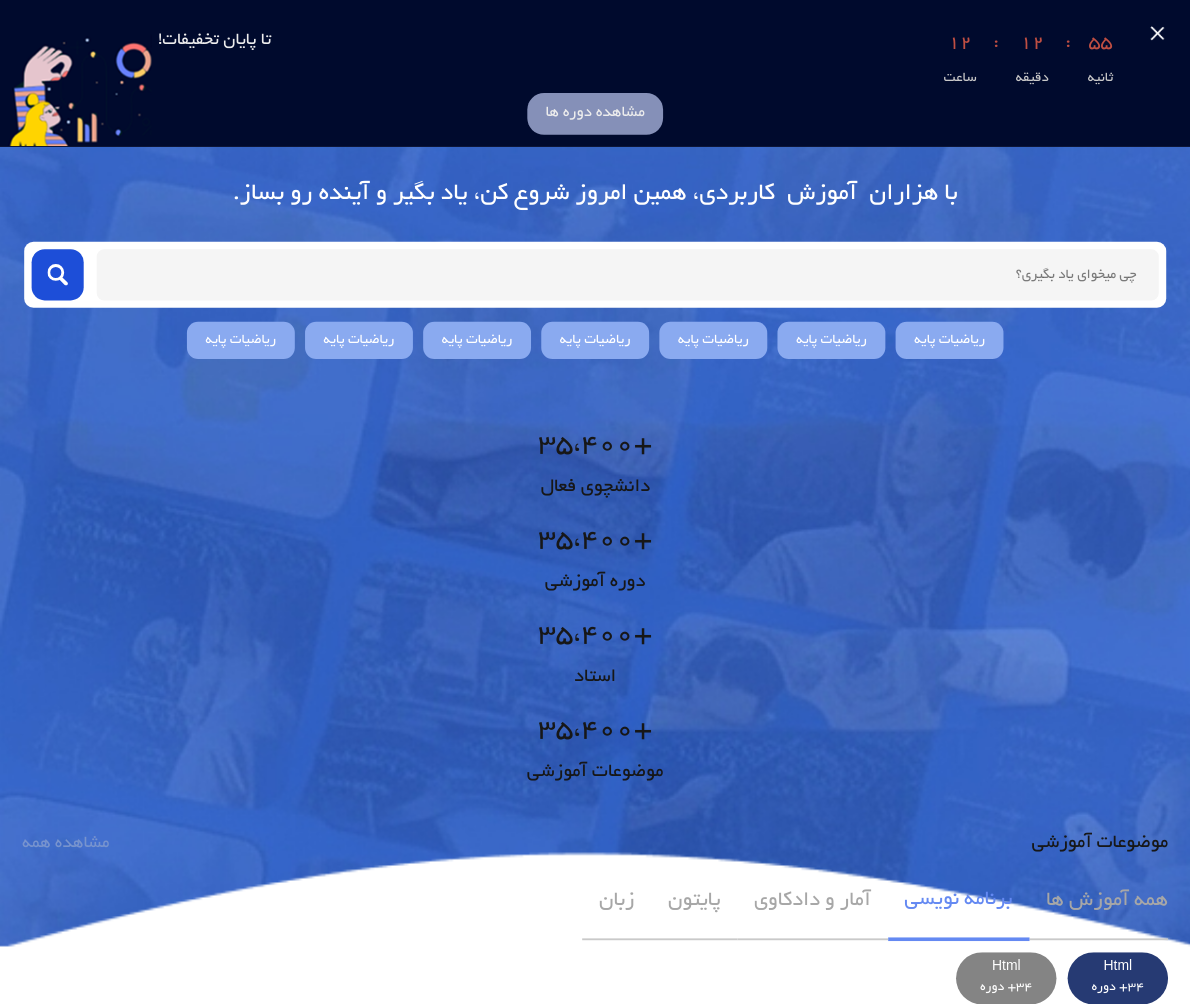
Repository: sinafath/fradars
Page: /
These files come from the project's save history. The page is drawn as it stood at one moment and after the next save; the edit follows.
The browser window is 1280 px wide. The pictures show the whole page, at 93% of full size.
The project was rebuilt for these pictures with package versions that can differ from the ones it lists, and the page was loaded fresh each time. The framework's server and built-in components were replaced by stand-ins that run in the browser. Also part of the build but not shown: next.config.ts.

Above is the page before, as saved 2025-09-22 18:01:12.

### src/app/layout.tsx
import type { Metadata } from "next";
import localFont from 'next/font/local'

const myFont = localFont({
  src: '../../public/BYEKAN.ttf',
})
import "./globals.css";

console.log(myFont)

export const metadata: Metadata = {
  title: "Fradars",
  description: "tutoring website",
};

export default function RootLayout({
  children,
}: Readonly<{
  children: React.ReactNode;
}>) {
  return (
    <html lang="fa" dir="rtl" className={myFont.className}>
      <body
      >
        {children}
      </body>
    </html>
  );
}

### src/app/page.tsx
import { Center, Column, Row } from "@/components/core";
import { Header } from "@/components/HomePage";
import Image from "next/image";

export default function Home() {
  return (
    <div>
      <div className="w-full relative flex justify-center bg-[#000A2D] h-[158px] ">
        <Image
          aria-hidden
          className="absolute left-0"
          src="/1.png"
          alt="File icon"
          width={163}
          height={157}
        />
        <Image
          aria-hidden
          className="absolute top-[28px] start-[28px]"
          src="/2.png"
          alt="File icon"
          width={15}
          height={15}
        />
        <Row className="top-[30px] absolute start-[83px] gap-[18px] h-[58px]" align="start" >
          <Column className="gap-[20px] text-center">
            <span className="text-[22px]  h-[22px]  text-[#BF4F43]">۵۵</span>
            <span className="text-[#C9C9C9] text-[16px]">ثانیه</span>
          </Column >
          <span className="text-[22px] text-[#BF4F43]">:</span>
          <Column className="gap-[20px] text-center">
            <span className="text-[22px] h-[22px]  text-[#BF4F43]">۱۲</span>
            <span className="text-[#C9C9C9] text-[16px]">دقیقه</span>
          </Column >
          <span className="text-[22px] text-[#BF4F43]">:</span>
          <Column className="gap-[20px] text-center">
            <span className="text-[22px] h-[22px]  text-[#BF4F43]">۱۲</span>
            <span className="text-[#C9C9C9] text-[16px]">ساعت</span>
          </Column >
        </Row>
        <p className=" absolute top-[29px] end-[170px] text-[#EDEDED] text-[20px]">تا پایان تخفیفات!</p>
        <button className=" w-[146px] h-[45px] bg-[#8590B8] rounded-[18px] absolute bottom-[13px] text-[18px] text-[#EDEDED]">مشاهده دوره ها</button>
      </div>
      <Column className="relative text-center">
        <h1 className="text-[28px] text-white pt-[30px] px-[62px]"> با هزاران  آموزش‌  کاربردی، همین امروز شروع کن،
          یاد بگیر و آینده رو بساز.</h1>
        <Row className="mt-[30px] w-[calc(100%-52px)] bg-white p-[8px] gap-[14px] h-[71px] mx-[26px] rounded-[10px]" >
          <input type="text" className="bg-[#F5F5F5] flex-1 h-full text-black rounded-[8px] px-[24px] " placeholder="چی میخوای یاد بگیری؟" />
          <Center className="bg-[#1D4ED8] w-[56px] h-full rounded-[14px]">
            <img src="/4.svg" />
          </Center>
        </Row>
        <Row className="flex-wrap gap-x-[11px] gap-y-[15px] mt-[15px] justify-center ">
          <div className="rounded-[12px] text-[16px] px-[20px] py-[8px] bg-[#8AAAF0] text-white"> ریاضیات پایه </div>
          <div className="rounded-[12px] text-[16px] px-[20px] py-[8px] bg-[#8AAAF0] text-white"> ریاضیات پایه </div>
          <div className="rounded-[12px] text-[16px] px-[20px] py-[8px] bg-[#8AAAF0] text-white"> ریاضیات پایه </div>
          <div className="rounded-[12px] text-[16px] px-[20px] py-[8px] bg-[#8AAAF0] text-white"> ریاضیات پایه </div>
          <div className="rounded-[12px] text-[16px] px-[20px] py-[8px] bg-[#8AAAF0] text-white"> ریاضیات پایه </div>
          <div className="rounded-[12px] text-[16px] px-[20px] py-[8px] bg-[#8AAAF0] text-white"> ریاضیات پایه </div>
          <div className="rounded-[12px] text-[16px] px-[20px] py-[8px] bg-[#8AAAF0] text-white"> ریاضیات پایه </div>
        </Row>
        <Image
          aria-hidden
          className="absolute top-0 start-0 w-full z-[-1]"
          src="/3.png"
          alt="File icon"
          width={560}
          height={377}
        />
      </Column>
      <Column className="gap-[17px] text-center pt-[70px] ">
        <Column className="gap-[4px]">
          <div className="text-[32px]"> +۳۵،۴۰۰</div>
          <div className="text-[22px]">دانشچوی فعال</div>
        </Column>
        <Column className="gap-[4px]">
          <div className="text-[32px]">  +۳۵،۴۰۰ </div>
          <div className="text-[22px]"> دوره آموزشی</div>
        </Column>
        <Column className="gap-[4px]">
          <div className="text-[32px]"> +۳۵،۴۰۰</div>
          <div className="text-[22px]"> استاد</div>
        </Column>
        <Column className="gap-[4px]">
          <div className="text-[32px]"> +۳۵،۴۰۰</div>
          <div className="text-[22px]"> موضوعات آموزشی</div>
        </Column>
      </Column>
      <Header title="موضوعات آموزشی " />
      <Row className=" overflow-y-auto ms-[24px]">
        <div className="pe-[18px] flex-shrink-0   text-[#A7A7A7] text-[24px] pb-[22px] border-b-[2px]  border-solid border-b-[#C9C9C9]">همه آموزش ها</div>
        <div className="pe-[18px] flex-shrink-0 ps-[18px] text-[#6489F2]  text-[24px] pb-[22px] border-b-[4px] border-solid border-b-[#6489F2]"  > برنامه نویسی</div>
        <div className="pe-[18px] flex-shrink-0 ps-[18px] text-[#A7A7A7] text-[24px] pb-[22px] border-b-[2px]  border-b-solid border-b-[#C9C9C9]">آمار و دادکاوی</div>
        <div className="pe-[18px] flex-shrink-0 ps-[18px] text-[#A7A7A7] text-[24px] pb-[22px] border-b-[2px] border-b-solid border-b-[#C9C9C9]">پایتون</div>
        <div className="pe-[18px] flex-shrink-0 ps-[18px] text-[#A7A7A7] text-[24px] pb-[22px] border-b-[2px] border-b-solid border-b-[#C9C9C9]">زبان</div>
      </Row>
      <Row className="mt-[12px] gap-[12px] overflow-y-auto ms-[24px]">
        <Column justify="center" align="center" className=" items-center align-center rounded-[28px] w-[108px] h-[56px]   flex-shrink-0  bg-[#263A73] text-center text-white text-[15px]">
          <div className="">Html</div>
          <div>34+ دوره</div>
        </Column>
        <Column justify="center" align="center" className=" items-center align-center rounded-[28px] w-[108px] h-[56px]   flex-shrink-0  bg-[#848484] text-center text-white text-[15px]">
          <div className="">Html</div>
          <div>34+ دوره</div>
        </Column>

      </Row>
    </div>
  );
}

### src/app/globals.css

@import "tailwindcss";

:root {
  --background: #ffffff;
  --foreground: #171717;
}

@theme inline {
  --color-background: var(--background);
  --color-foreground: var(--foreground);
}
@layer base {
  *{
    @apply box-border; /* Ensures box-sizing: border-box */
  }
}
@media (prefers-color-scheme: dark) {
  :root {
    --background: #0a0a0a;
    --foreground: #ededed;
  }
}


body {
  background: var(--background);
  color: var(--foreground);
  font-weight: normal;
}

### src/components/core.tsx
import { cn } from "@/lib/utils";
import { ReactNode } from "react";

type AlignItems = 'start' | 'center' | 'end' | 'baseline' | 'stretch';
type JustifyContent = 'start' | 'center' | 'end' | 'between' | 'around' | 'evenly';

interface FlexProps {
    children?: ReactNode;
    className?: string;
    align?: AlignItems;
    justify?: JustifyContent;
}

const alignClasses: Record<AlignItems, string> = {
    start: 'items-start',
    center: 'items-center',
    end: 'items-end',
    baseline: 'items-baseline',
    stretch: 'items-stretch',
};

const justifyClasses: Record<JustifyContent, string> = {
    start: 'justify-start',
    center: 'justify-center',
    end: 'justify-end',
    between: 'justify-between',
    around: 'justify-around',
    evenly: 'justify-evenly',
};

interface CenterProps {
    children: ReactNode;
    className?: string;
}

function Center({ children, className }: CenterProps) {
    return (
        <div className={cn('flex items-center justify-center', className)}>
            {children}
        </div>
    );
}

function Row({
    children,
    className,
    align = 'center',
    justify = 'start',
    ...props
}: FlexProps) {
    return (
        <div
            className={cn('flex flex-row', alignClasses[align], justifyClasses[justify], className)}
            {...props}
        >
            {children}
        </div>
    );
}

function Column({
    children,
    className,
    align = 'center',
    justify = 'start',
    ...props
}: FlexProps) {
    return (
        <div
            className={cn('flex flex-col', alignClasses[align], justifyClasses[justify], className)}
            {...props}
        >
            {children}
        </div>
    );
}

export { Column, Center, Row };

### src/components/HomePage/index.tsx
import { cn } from "@/lib/utils";
import { ReactNode } from "react";
import { Row } from "../core";

interface HeaderProps {
    className?: { title: string, row: string };
    title: string
}

function Header({ title, className }: HeaderProps) {
    const { title: titleClass, row } = className ?? {}
    return (

        <Row justify="between" className={cn('mt-[44px] mb-[26px] px-[24px]', row)}>
            <h3 className={cn('text-[22px]', titleClass)}>{title}</h3>
            <p className="text-[20px] text-[#7894CE]"> مشاهده همه</p>
        </Row>
    );
}
interface CardProps {
    className?: { title: string, row: string };
    title: string
}
function Card({ children, className }: CardProps) {
    return (
        <div className={cn('flex items-center justify-center', className)}>
            {children}
        </div>
    );
}


export { Card,Header };

Loaded but not shown: src/lib/utils.ts (common file)

After the next save:
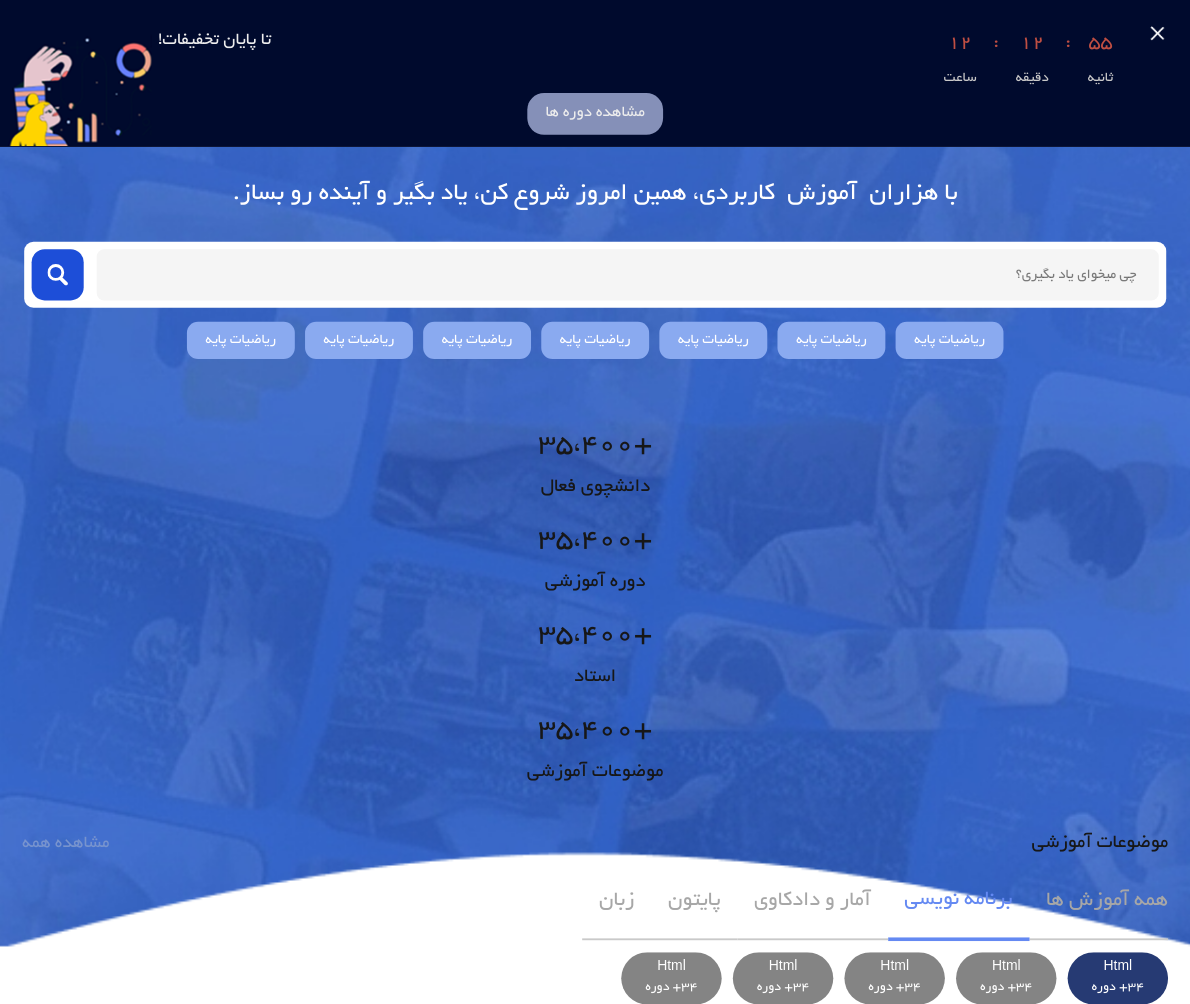
Saved 5 s later.
--- a/src/app/page.tsx
+++ b/src/app/page.tsx
@@ -103,7 +103,16 @@
           <div className="">Html</div>
           <div>34+ دوره</div>
         </Column>
-
+        <Column justify="center" align="center" className=" items-center align-center rounded-[28px] w-[108px] h-[56px]   flex-shrink-0  bg-[#848484] text-center text-white text-[15px]">
+          <div className="">Html</div>
+          <div>34+ دوره</div>
+        </Column>           <Column justify="center" align="center" className=" items-center align-center rounded-[28px] w-[108px] h-[56px]   flex-shrink-0  bg-[#848484] text-center text-white text-[15px]">
+          <div className="">Html</div>
+          <div>34+ دوره</div>
+        </Column>           <Column justify="center" align="center" className=" items-center align-center rounded-[28px] w-[108px] h-[56px]   flex-shrink-0  bg-[#848484] text-center text-white text-[15px]">
+          <div className="">Html</div>
+          <div>34+ دوره</div>
+        </Column>
       </Row>
     </div>
   );
